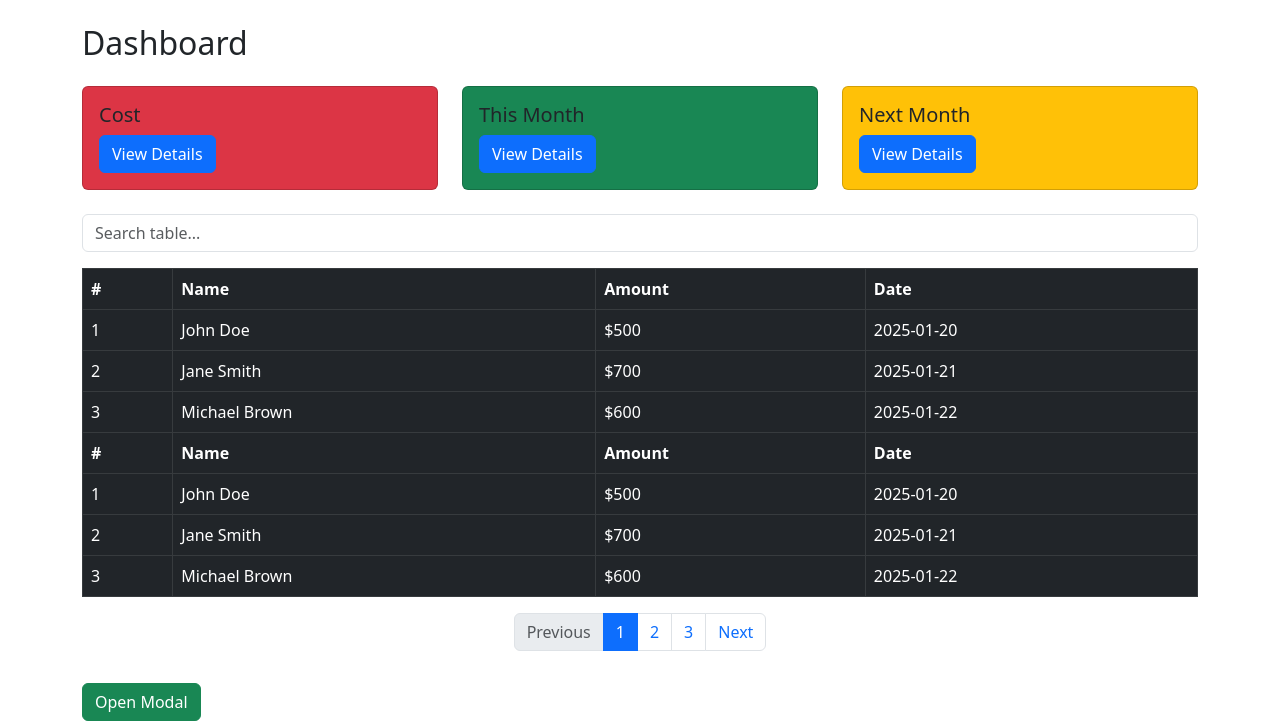
Repository: Dayvid0/BOOTSTRAP-TUTORIALS
Page: BOOTSTRAP-GRID-LAYOUTS/chatgpt.demo.html
These files come from the project's save history. The page is drawn as it stood at one moment and after the next save; the edit follows.
The browser window is 1280 px wide. The pictures show the whole page.

Above is the page before, as saved 2025-02-01 13:40:34.

### BOOTSTRAP-GRID-LAYOUTS/chatgpt.demo.html
<!DOCTYPE html>
<html lang="en">
<head>
    <meta charset="UTF-8">
    <meta name="viewport" content="width=device-width, initial-scale=1.0">
    <title>Dashboard</title>
    <link rel="stylesheet" href="https://cdn.jsdelivr.net/npm/bootstrap@5.3.0/dist/css/bootstrap.min.css">
</head>
<body>
    <div class="container mt-4">
        <h2 class="mb-4">Dashboard</h2>
        <div class="row g-4">
            <!-- Cost Card -->
            <div class="col-md-4">
                <div class="card bg-danger">
                    <div class="card-body">
                        <h5 class="card-title">Cost</h5>
                        <button class="btn btn-primary" type="button" data-bs-toggle="collapse" data-bs-target="#collapseCost" aria-expanded="false">View Details</button>
                        <div class="collapse mt-3" id="collapseCost">
                            <p>Total Cost: $5,000</p>
                        </div>
                    </div>
                </div>
            </div>
            <!-- This Month Card -->
            <div class="col-md-4">
                <div class="card bg-success">
                    <div class="card-body">
                        <h5 class="card-title">This Month</h5>
                        <button class="btn btn-primary" type="button" data-bs-toggle="collapse" data-bs-target="#collapseThisMonth" aria-expanded="false">View Details</button>
                        <div class="collapse mt-3" id="collapseThisMonth">
                            <p>Budget: $2,500</p>
                        </div>
                    </div>
                </div>
            </div>
            <!-- Next Month Card -->
            <div class="col-md-4">
                <div class="card bg-warning">
                    <div class="card-body">
                        <h5 class="card-title">Next Month</h5>
                        <button class="btn btn-primary" type="button" data-bs-toggle="collapse" data-bs-target="#collapseNextMonth" aria-expanded="false">View Details</button>
                        <div class="collapse mt-3" id="collapseNextMonth">
                            <p>Projected Budget: $3,000</p>
                        </div>
                    </div>
                </div>
            </div>
        </div>
        <!-- Search Bar -->
        <div class="mt-4">
            <input type="text" id="searchInput" class="form-control" placeholder="Search table...">
        </div>
        <!-- Data Table -->
        <div class="table-responsive mt-3">
            <table class="table table-dark table-bordered">
                <thead>
                    <tr>
                        <th>#</th>
                        <th>Name</th>
                        <th>Amount</th>
                        <th>Date</th>
                    </tr>
                </thead>
                <tbody id="dataTable">
                    <tr>
                        <td>1</td>
                        <td>John Doe</td>
                        <td>$500</td>
                        <td>2025-01-20</td>
                    </tr>
                    <tr>
                        <td>2</td>
                        <td>Jane Smith</td>
                        <td>$700</td>
                        <td>2025-01-21</td>
                    </tr>
                    <tr>
                        <td>3</td>
                        <td>Michael Brown</td>
                        <td>$600</td>
                        <td>2025-01-22</td>
                    </tr>
                    <tr>
                      <th>#</th>
                      <th>Name</th>
                      <th>Amount</th>
                      <th>Date</th>
                  </tr>
                  <tr>
                      <td>1</td>
                      <td>John Doe</td>
                      <td>$500</td>
                      <td>2025-01-20</td>
                  </tr>
                  <tr>
                      <td>2</td>
                      <td>Jane Smith</td>
                      <td>$700</td>
                      <td>2025-01-21</td>
                  </tr>
                  <tr>
                      <td>3</td>
                      <td>Michael Brown</td>
                      <td>$600</td>
                      <td>2025-01-22</td>
                  </tr>
                </tbody>
            </table>
        </div>
        <!-- Pagination -->
        <nav aria-label="Page navigation">
            <ul class="pagination justify-content-center">
                <li class="page-item disabled"><a class="page-link" href="#">Previous</a></li>
                <li class="page-item active"><a class="page-link" href="#">1</a></li>
                <li class="page-item"><a class="page-link" href="#">2</a></li>
                <li class="page-item"><a class="page-link" href="#">3</a></li>
                <li class="page-item"><a class="page-link" href="#">Next</a></li>
            </ul>
        </nav>
        <!-- Modal -->
        <button type="button" class="btn btn-success mt-3" data-bs-toggle="modal" data-bs-target="#infoModal">Open Modal</button>
        <div class="modal fade" id="infoModal" tabindex="-1">
            <div class="modal-dialog">
                <div class="modal-content">
                    <div class="modal-header">
                        <h5 class="modal-title">Modal Title</h5>
                        <button type="button" class="btn-close" data-bs-dismiss="modal"></button>
                    </div>
                    <div class="modal-body">
                        This is a sample modal with information.
                    </div>
                    <div class="modal-footer">
                        <button type="button" class="btn btn-secondary" data-bs-dismiss="modal">Close</button>
                    </div>
                </div>
            </div>
        </div>
    </div>
    <script src="https://cdn.jsdelivr.net/npm/bootstrap@5.3.0/dist/js/bootstrap.bundle.min.js"></script>
    <script>
        // Search functionality
        document.getElementById('searchInput').addEventListener('keyup', function() {
            let filter = this.value.toLowerCase();
            let rows = document.querySelectorAll('#dataTable tr');
            rows.forEach(row => {
                let text = row.innerText.toLowerCase();
                row.style.display = text.includes(filter) ? '' : 'none';
            });
        });
    </script>
</body>
</html>

After the next save:
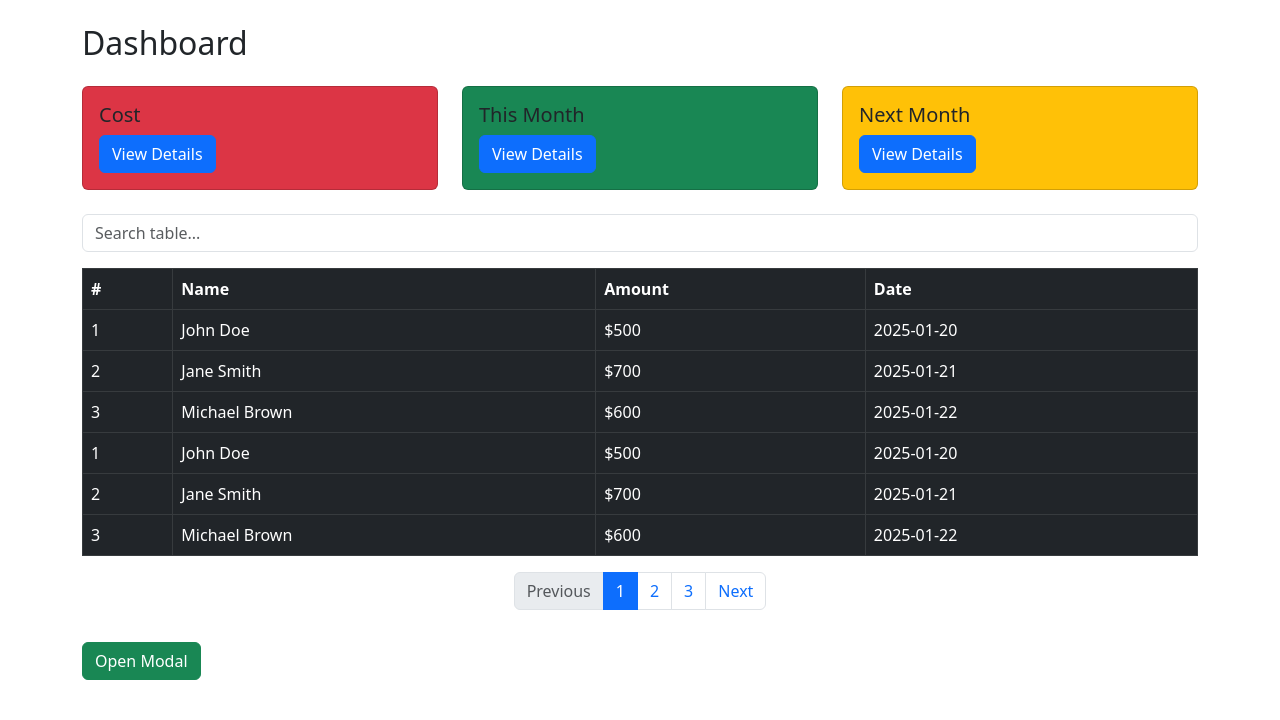
Saved 51 s later.
--- a/BOOTSTRAP-GRID-LAYOUTS/chatgpt.demo.html
+++ b/BOOTSTRAP-GRID-LAYOUTS/chatgpt.demo.html
@@ -81,12 +81,6 @@
                         <td>$600</td>
                         <td>2025-01-22</td>
                     </tr>
-                    <tr>
-                      <th>#</th>
-                      <th>Name</th>
-                      <th>Amount</th>
-                      <th>Date</th>
-                  </tr>
                   <tr>
                       <td>1</td>
                       <td>John Doe</td>
